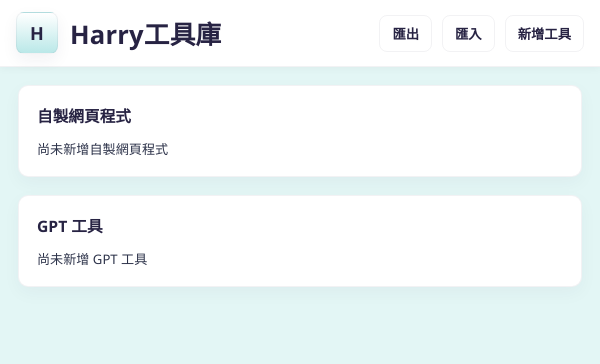
Repository: Harry985991/bmcvibecoding
Page: personal_tool_portal.html
The author's editor kept a copy of each file at every save. The page is drawn from the files as they stood at one save, then again after the next save.
The browser window is 600 px wide. The pictures show the whole page.

Above is the page before, as saved 2025-08-22 22:51:49.

After the next save:
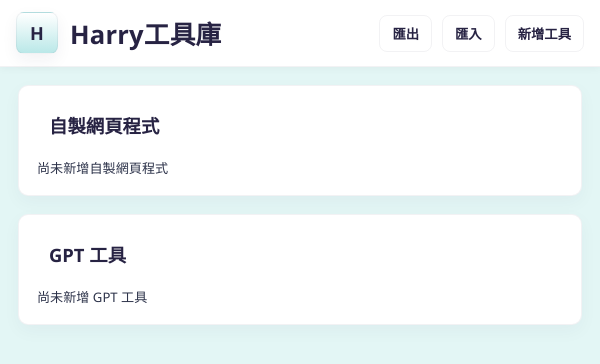
Saved 73 s later.
--- a/personal_tool_portal.html
+++ b/personal_tool_portal.html
@@ -111,8 +111,21 @@ main {
 }
 .section h2 {
   margin: 0 0 12px 0;
-  font-size: 0.98rem;
+  font-size: 1.5rem;   /* 放大自製網頁程式 / GPT 工具 標題字體 */
   color: var(--primary);
+  font-weight:700;
+  padding: 8px 12px;
+  display: inline-block;
+  background: rgba(255,255,255,0.0);
+  border-radius: 8px;
+}
+
+/* responsive tweaks for section titles */
+@media (max-width:760px){
+  .section h2 { font-size: 1.15rem; }
+  .modal-content { width: 92%; }
+  main { padding: 18px; }
+  header { padding: 12px 16px; }
 }
 
 /* grid & cards */
